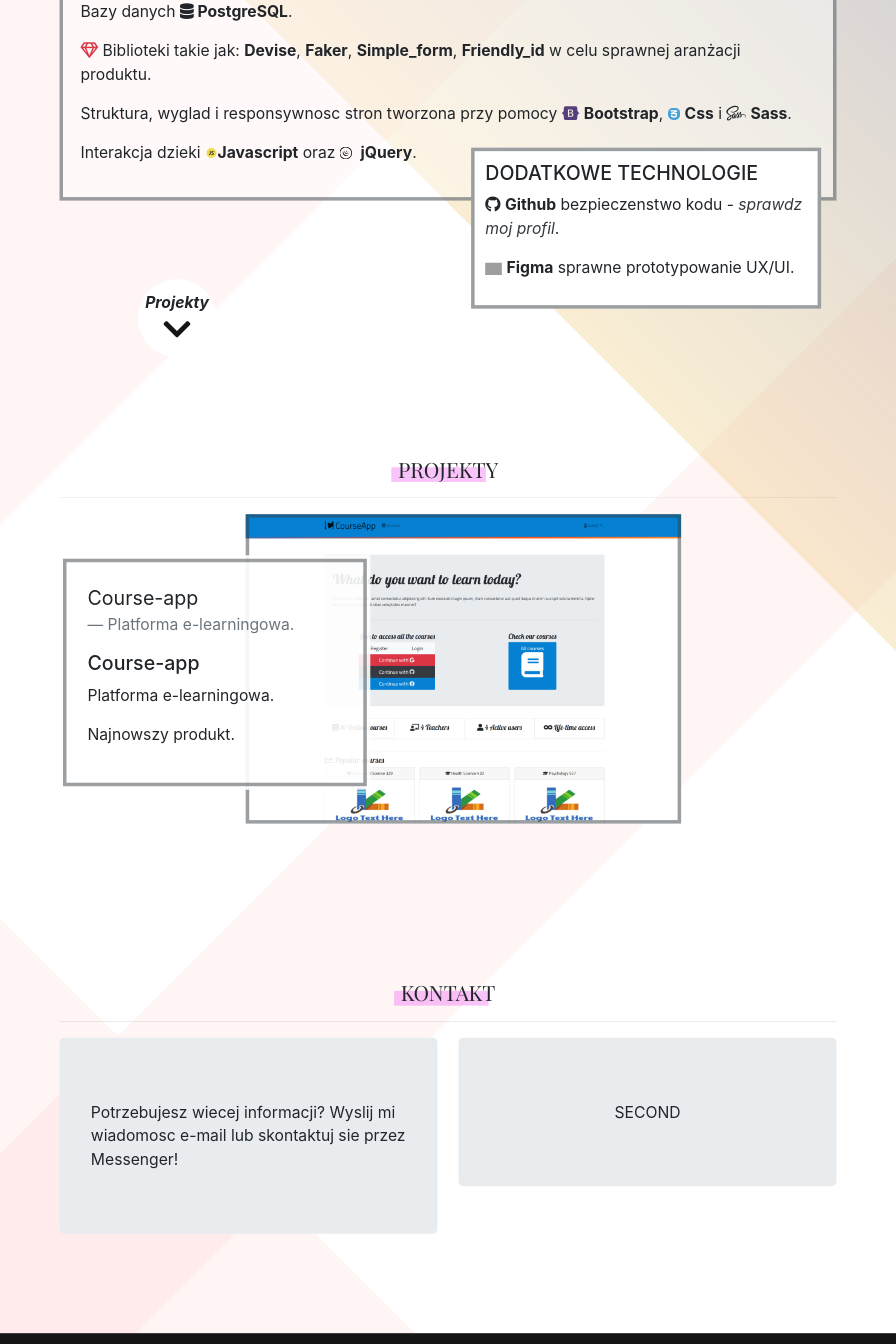
Repository: debicky/debicky.github.io
Page: index.html
The author's editor kept a copy of each file at every save. The page is drawn from the files as they stood at one save, then again after a run of saves.
The browser window is 1280 px wide. The pictures show the part of the page from y = 1091 to 3011 px (the page is 3276 px tall), at 70% of full size.
Pictures or frames that could not be fetched are drawn as grey boxes. Some web libraries are served in a nearby version.

Above is the page before, as saved 2020-06-15 13:06:37.

After the next 2 saves:
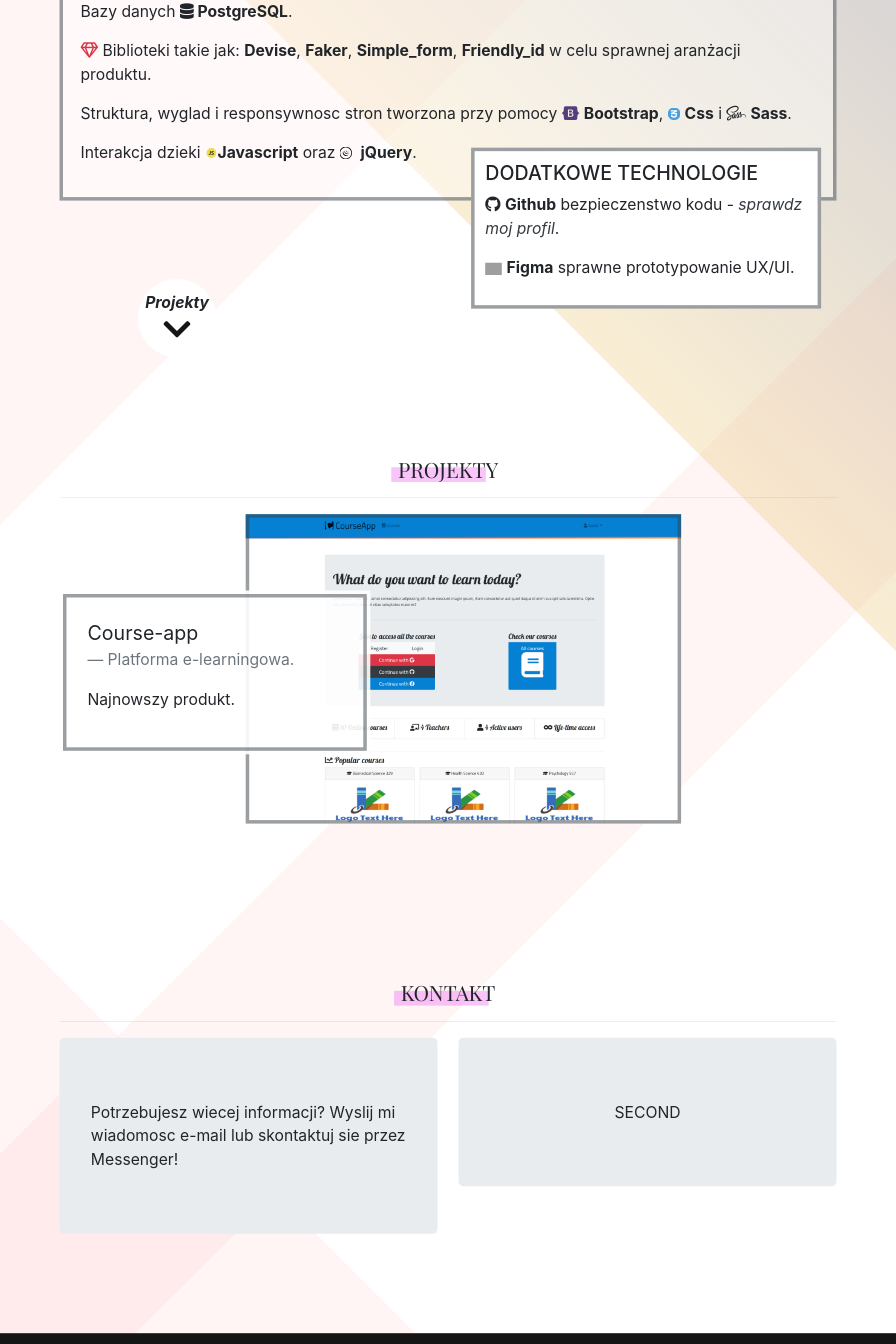
The 2 saves are shown as one change because they came seconds apart.
The last was saved 9 s later.
--- a/index.html
+++ b/index.html
@@ -84,8 +84,6 @@
               <p class="mb-0">Course-app</p>
               <span class="blockquote-footer">Platforma e-learningowa.</footer>
             </blockquote>
-            <h5>Course-app</h5>
-            <p class="text-small">Platforma e-learningowa.</p>
             <p>Najnowszy produkt. </p>
           </div>
           <div class="project-image">
